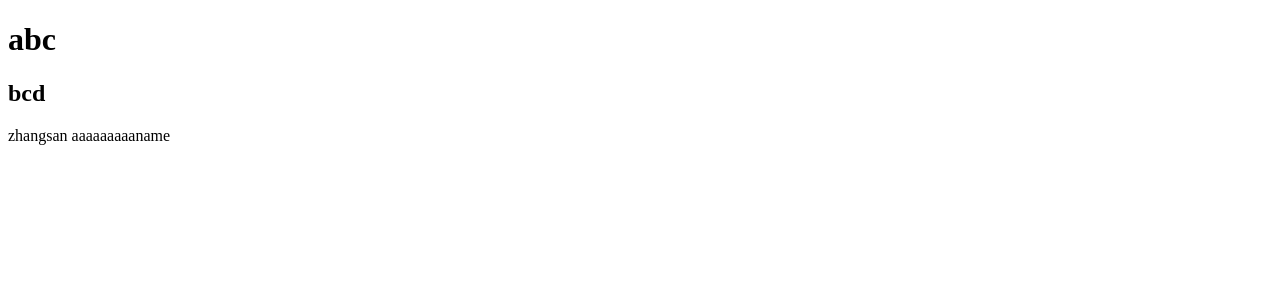
Repository: yunlovebo/anti35
Page: vue/render/index.html
The author's editor kept a copy of each file at every save. The page is drawn from the files as they stood at one save, then again after the next save.
The browser window is 1280 px wide. The pictures show the whole page.

Above is the page before, as saved 2020-01-14 17:22:56.

After the next save:
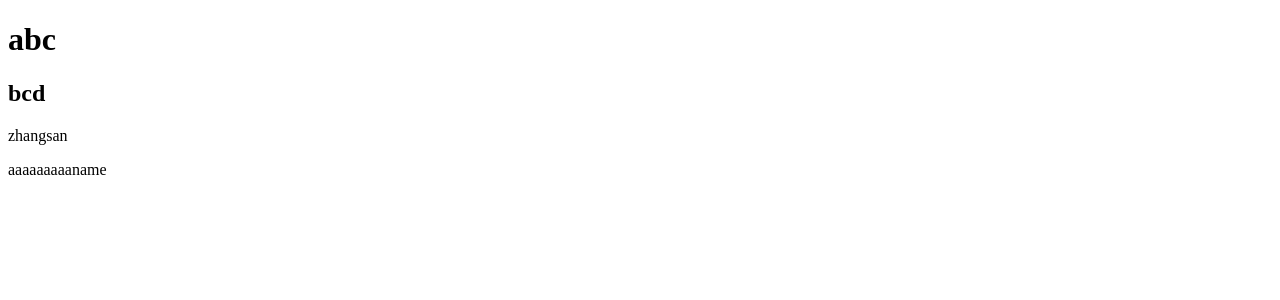
Saved 4 s later.
--- a/vue/render/index.html
+++ b/vue/render/index.html
@@ -16,8 +16,8 @@
 
         <child>
             <template v-slot:default="sprops">
-                <p></p>
-                {{ sprops.user.name }}
+                <p>{{ sprops.user.name }}</p>
+
             </template>
             <template v-slot:a="sprops">
                 {{ sprops.a.aname }}
